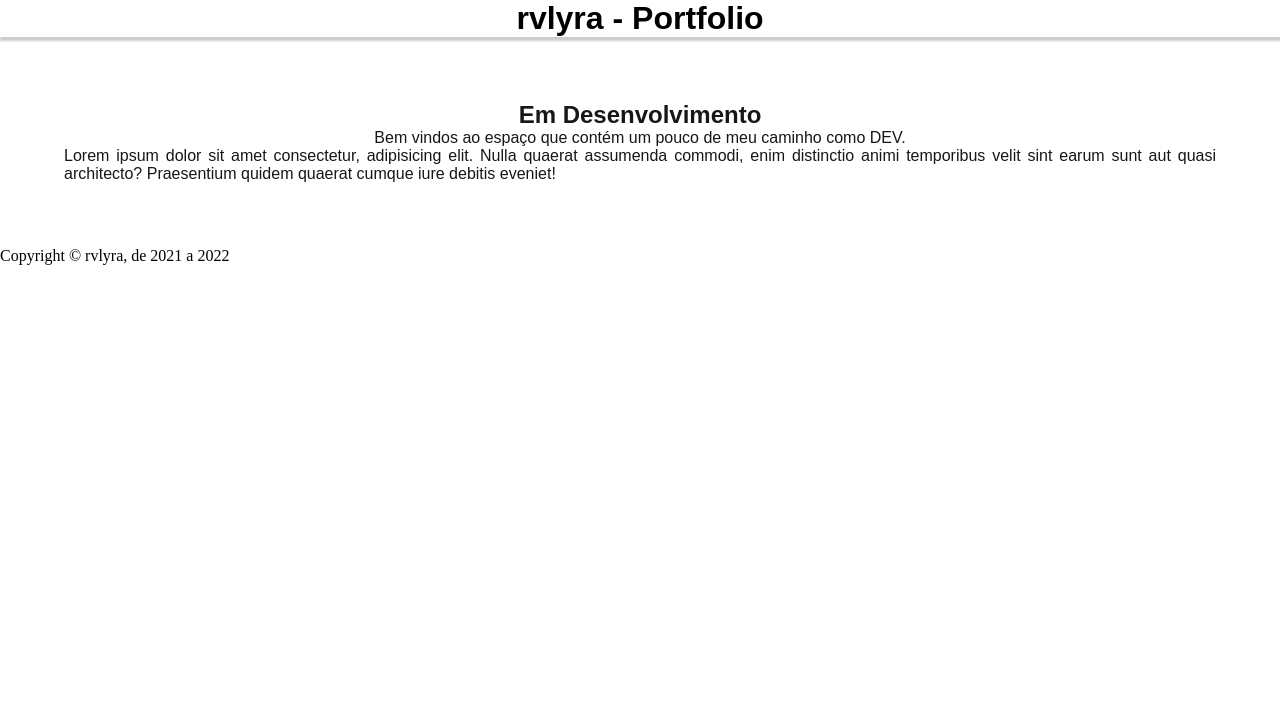
Repository: rvlyra/splash-screen-rvlyra
Page: Portfolio-RVLYRA/public/index.html
These files come from the project's save history. The page is drawn as it stood at one moment and after the next save; the edit follows.
The browser window is 1280 px wide. The pictures show the whole page.
Some web fonts or font styles are not loaded; a fallback is used.

Above is the page before, as saved 2022-07-06 09:34:11.

After the next save:
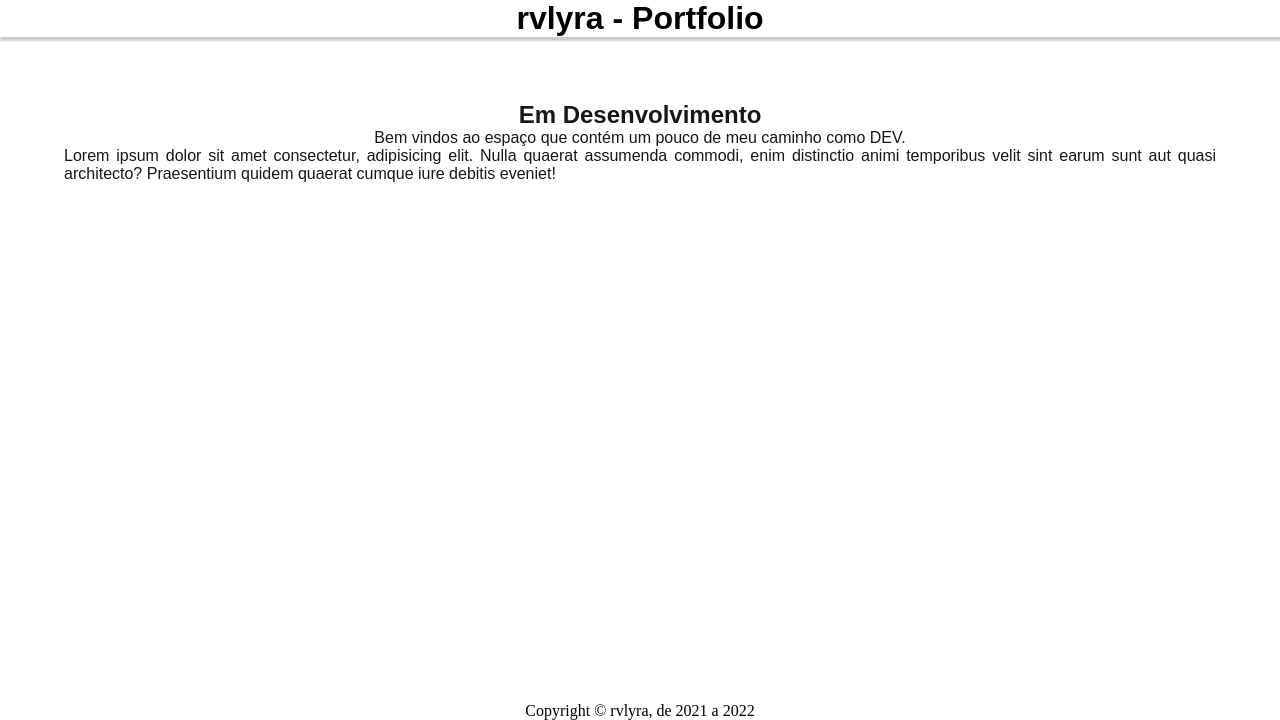
Saved 7 s later.
--- a/Portfolio-RVLYRA/assets/src/css/rl.main.css
+++ b/Portfolio-RVLYRA/assets/src/css/rl.main.css
@@ -27,5 +27,5 @@
 }
 
 .footer {
-
+    bottom: 0; position: fixed; width: 100%;text-align: center;
 }
